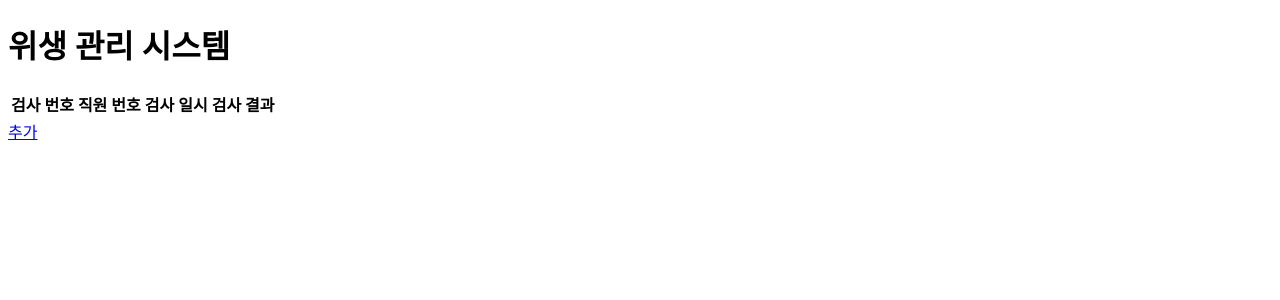
Repository: Awseok/InterDBTermProject
Page: http://localhost/FoodManager/Inspection.jsp
The author's editor kept a copy of each file at every save. The page is drawn from the files as they stood at one save, then again after the next save.
The browser window is 1280 px wide. The pictures show the whole page.
The page is served by Tomcat 9. Nobody is signed in. The application's start-up code is not run. Other server files are loaded and not shown.

Above is the page before, as saved 2020-06-29 09:19:08.

### FoodManager/WebContent/Inspection.jsp
<%@ page language="java" contentType="text/html; charset=EUC-KR"
    pageEncoding="UTF-8" import="java.net.URLEncoder"%>
    <%@ taglib uri="http://java.sun.com/jsp/jstl/core" prefix="c" %>
    <%@ taglib prefix="c" uri="http://java.sun.com/jsp/jstl/core" %>
<!DOCTYPE html>
<html>
<head>
<meta charset="EUC-KR">
<title>검사 결과</title>
</head>
<body>

<h1> 위생 관리 시스템</h1>

<table>
<tr> <th> 검사 번호</th>  <th> 직원 번호 </th><th> 검사 일시 </th> <th> 검사 결과 </th> </tr>

<c:forEach var="insList" items="${insList}">

<c:url value="/InspectionController" var="ins_url">
  <c:param name="ino" value="${insList.ins.ino}" />
</c:url>


<tr>
<td> <c:out value="${insList.ins.ino}"/>  </td>
<td> <c:out value="${insList.ins.eno}"/>  </td>
<td> <c:out value="${insList.ins.date}" /> </td>
<td> <c:out value="${insList.ins.result}" /> </td>

<td>

<a href="${ins_url}" > 수정 </a>
</tr>
</c:forEach>


</table>

<a href="Inspection_modify.html"> 추가 </a>
<br><br>


</body>

After the next save:
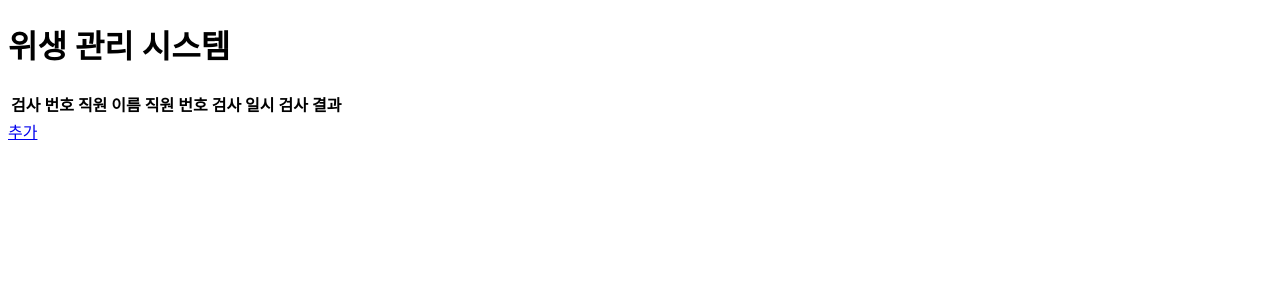
Saved 3 s later.
--- a/FoodManager/WebContent/Inspection.jsp
+++ b/FoodManager/WebContent/Inspection.jsp
@@ -13,7 +13,7 @@
 <h1> 위생 관리 시스템</h1>
 
 <table>
-<tr> <th> 검사 번호</th>  <th> 직원 번호 </th><th> 검사 일시 </th> <th> 검사 결과 </th> </tr>
+<tr> <th> 검사 번호</th> <th>직원 이름 </th>  <th> 직원 번호 </th><th> 검사 일시 </th> <th> 검사 결과 </th> </tr>
 
 <c:forEach var="insList" items="${insList}">
 
@@ -24,6 +24,7 @@
 
 <tr>
 <td> <c:out value="${insList.ins.ino}"/>  </td>
+<td> <c:out value="${insList.ins.name }"/>
 <td> <c:out value="${insList.ins.eno}"/>  </td>
 <td> <c:out value="${insList.ins.date}" /> </td>
 <td> <c:out value="${insList.ins.result}" /> </td>
